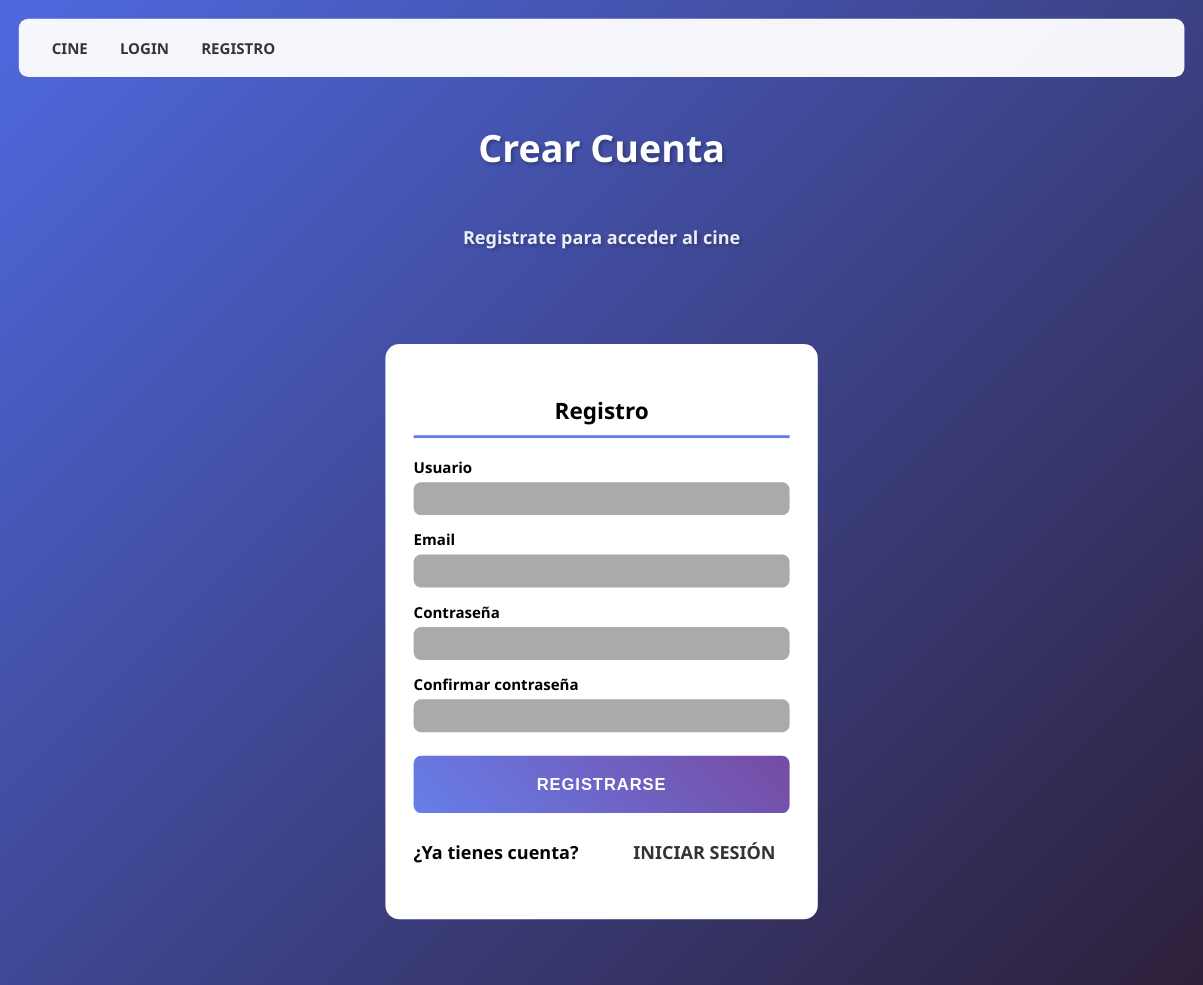
Repository: RoyScc/Practico-Django
Page: http://localhost/register/
The author's editor kept a copy of each file at every save. The page is drawn from the files as they stood at one save, then again after the next save.
The browser window is 1280 px wide. The pictures show the whole page, at 94% of full size.
The page is served by the project's application, run on Django 5.2 (manage.py).

Above is the page before, as saved 2026-05-27 09:08:25.

After the next save:
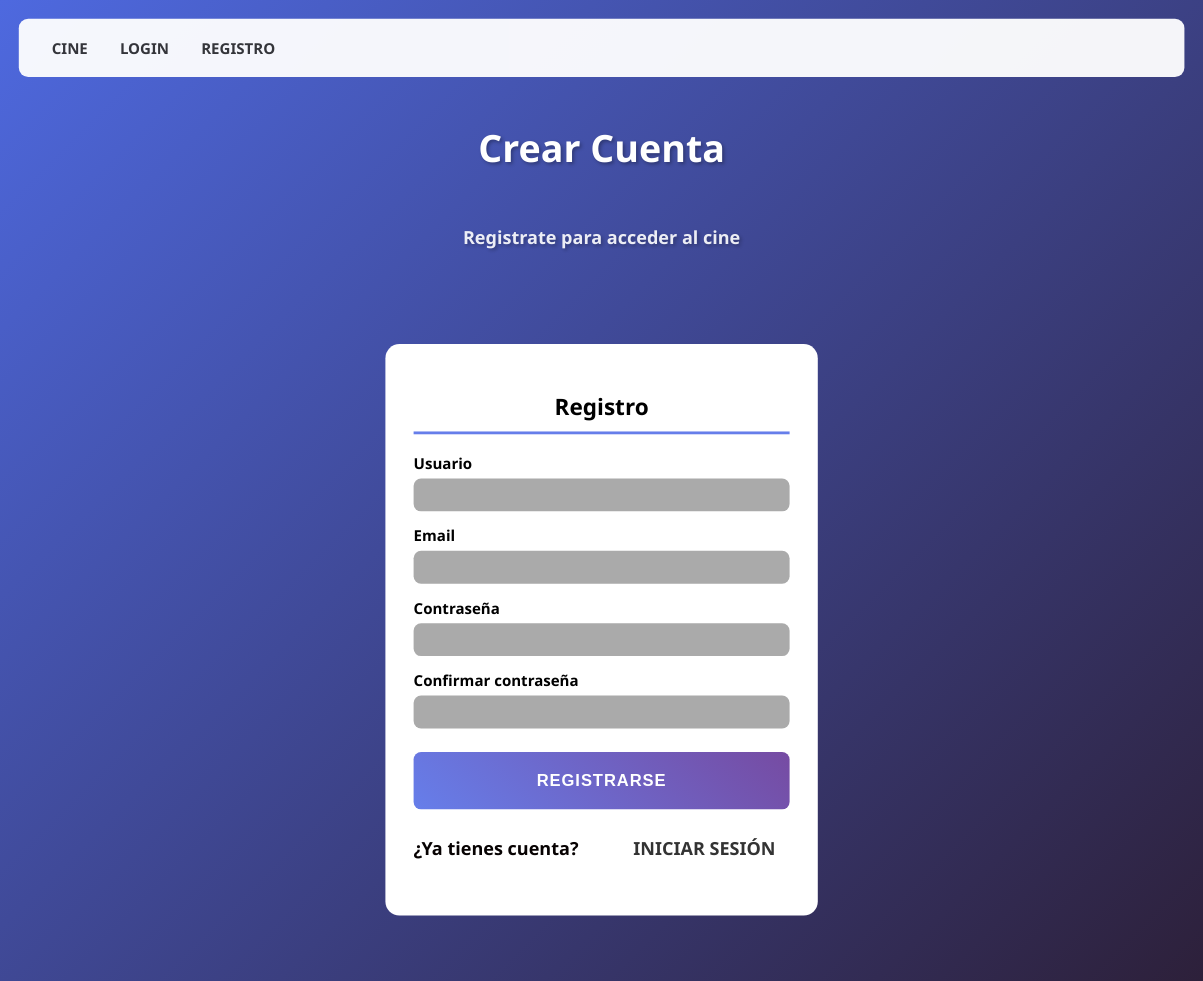
Saved 17 s later.
--- a/tickets/templates/tickets/register.html
+++ b/tickets/templates/tickets/register.html
@@ -9,7 +9,7 @@
 
 <div class="register-container">
 
-    <h3 class="h3">Registro</h3>
+    <h2 class="h3">Registro</h2>
 
     <form method="POST">
 
